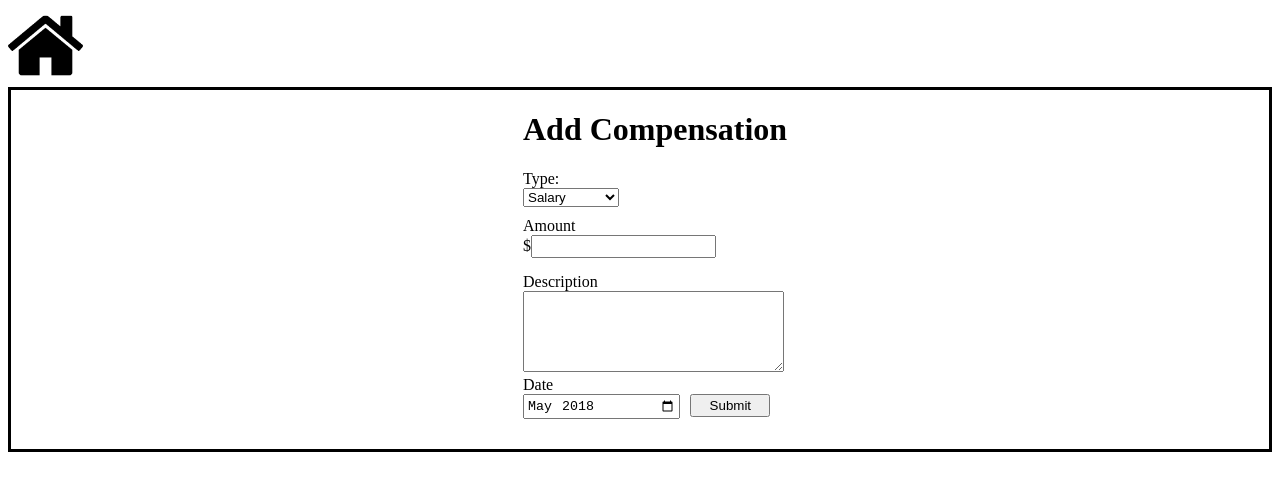
Repository: ticross18/SpringBootEmployeeSystem
Page: EmploymentSystem/src/main/resources/static/addComp.html
An editor plug-in stored every save of this project. The page is shown before and after the next save, followed by the edit.
The browser window is 1280 px wide. The pictures show the whole page.

Above is the page before, as saved 2022-05-17 18:36:01.

After the next save:
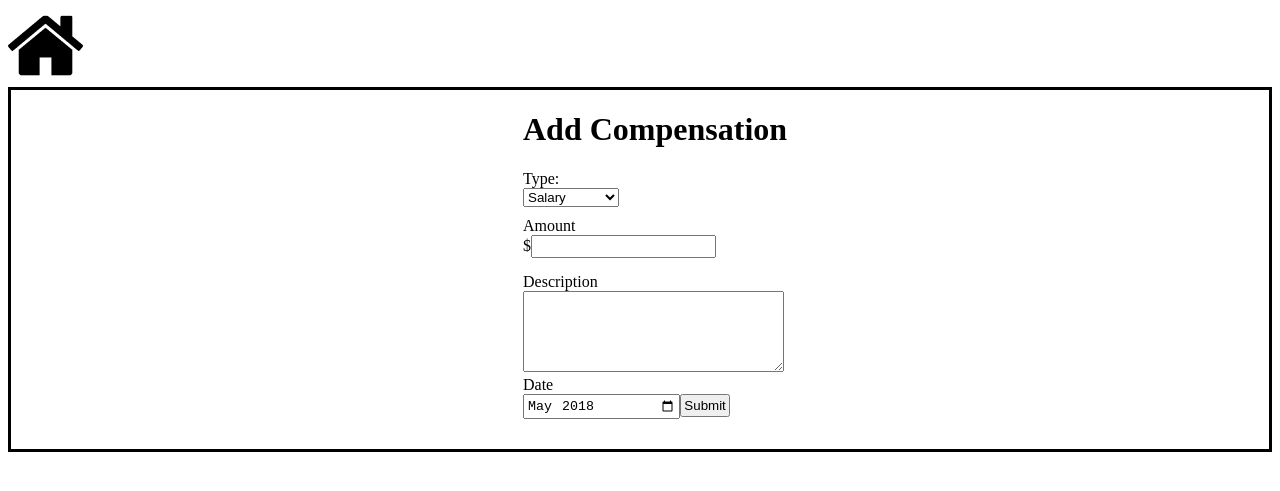
Saved 8 s later.
--- a/EmploymentSystem/src/main/resources/static/addComp.html
+++ b/EmploymentSystem/src/main/resources/static/addComp.html
@@ -33,7 +33,7 @@
             <label for="dob">Date</label><br>
             <input type="month" id="end" name="end"
      		  min="2018-03" value="2018-05">
-            <input type="submit" id="submit" name ="submit" style="margin-left:10px; width:80px;"/>
+            <input type="submit" id="submitComp" name ="submitComp" />
         </tr>
  </form>
 </div>
